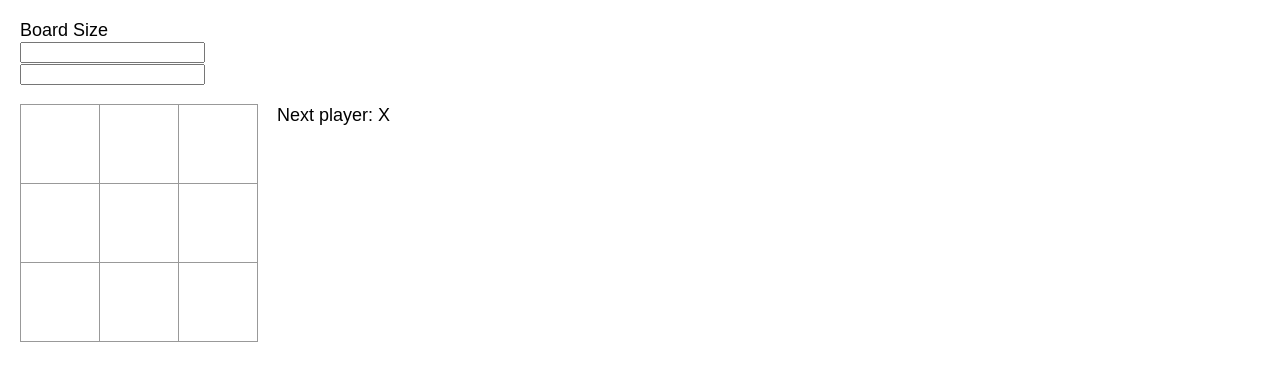
Repository: yshong211/tic-tac-toe-0708
Page: /
An editor plug-in stored every save of this project. The page is shown before and after a run of saves, followed by the edit.
The browser window is 1280 px wide. The pictures show the whole page.
The project was rebuilt for these pictures with package versions that can differ from the ones it lists, and the page was loaded fresh each time.

Above is the page before, as saved 2020-07-07 16:40:46.

After the next 2 saves:
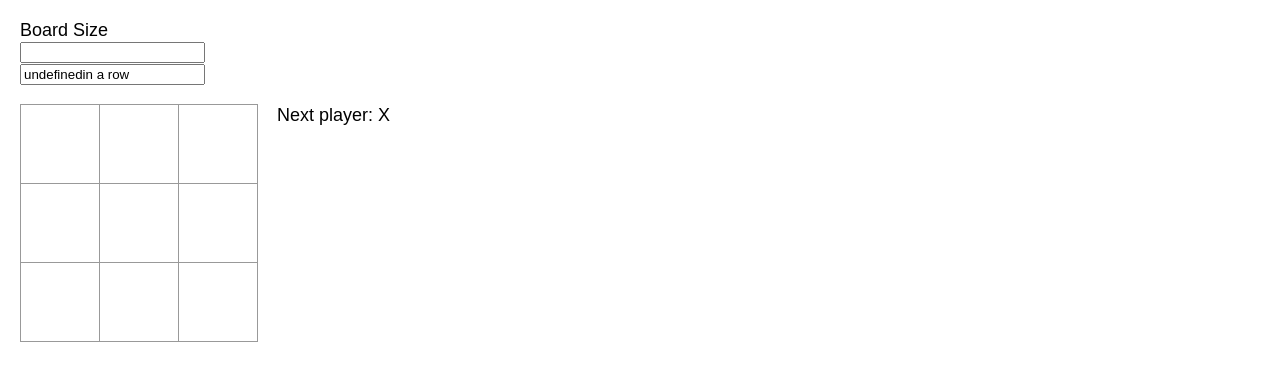
The 2 saves are shown as one change because 1 did not build or start.
The last was saved 19 s later.
--- a/src/getDim.js
+++ b/src/getDim.js
@@ -22,7 +22,7 @@
           <label>
             Board Size<br></br>
             <input type="int" value={this.state.value} onChange={this.handleChange} /><br></br>
-            <input type="int" value={this.state.value} onChange={this.handleChange} /><br></br>
+            <input type="int" value={this.state.value+'in a row'} onChange={this.handleChange} /><br></br>
 
           </label>
         </form>

After the 2 saves that followed:
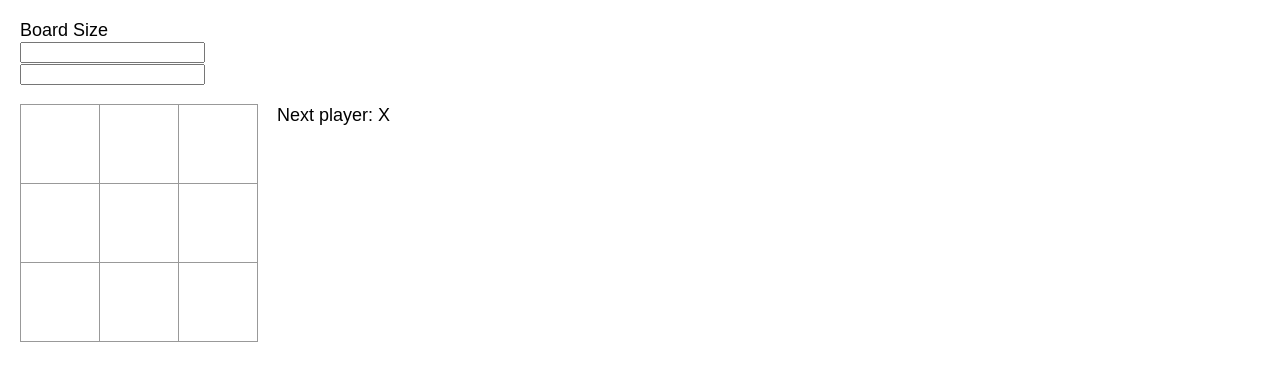
The 2 saves are shown as one change because they came seconds apart.
The last was saved 19 s later.
--- a/src/getDim.js
+++ b/src/getDim.js
@@ -22,7 +22,7 @@
           <label>
             Board Size<br></br>
             <input type="int" value={this.state.value} onChange={this.handleChange} /><br></br>
-            <input type="int" value={this.state.value+'in a row'} onChange={this.handleChange} /><br></br>
+            <input type="int" value={this.state.value} onChange={this.handleChange} /><br></br>
 
           </label>
         </form>
